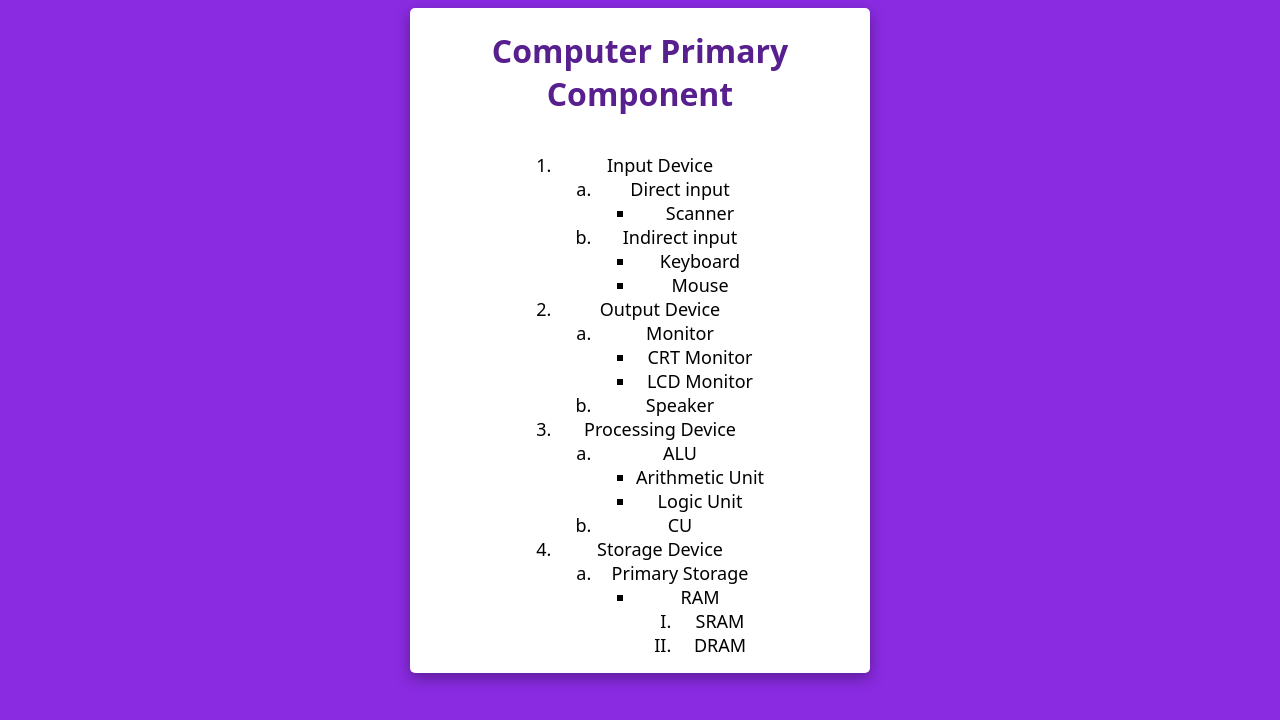
Repository: SharonSebastian32/Nested_List_in_html
Page: index.html
These files come from the project's save history. The page is drawn as it stood at one moment and after the next save; the edit follows.
The browser window is 1280 px wide. The pictures show the whole page.

Above is the page before, as saved 2024-09-01 08:14:35.

### index.html
<!DOCTYPE html>
<html lang="en">
  <head>
    <meta charset="UTF-8" />
    <meta name="viewport" content="width=device-width, initial-scale=1.0" />
    <title>Document</title>
    <link rel="stylesheet" href="./Styles/Styles.css" />
    <link href="https://unpkg.com/aos@2.3.1/dist/aos.css" rel="stylesheet" />
    <style>
        li{
            font-size: 18px;
            font-family: ;
        }
    </style>
  </head>
  <body style="background-color: blueviolet">
    <center>

      <div
        data-aos="zoom-in-up"
        style="
          border-radius: 5px;
          display: flex;
          flex-wrap: wrap;
          justify-content: center;
          align-items: center;
          flex-direction: column;
          background-color: rgb(255, 255, 255);
          width: 460px;
          box-shadow: rgba(0, 0, 0, 0.35) 0px 5px 15px;
        "
      >
        <h1 style="color: rgb(88, 31, 142);">Computer Primary Component</h1>
        <ol>
          <li>Input Device</li>
          <ol type="a">
            <li>Direct input</li>
            <ul style="list-style-type: square">
              <li>Scanner</li>
            </ul>
            <li>Indirect input</li>
            <ul>
              <li>Keyboard</li>
              <li>Mouse</li>
            </ul>
          </ol>
          <li>Output Device</li>
          <ol type="a">
            <li>Monitor</li>
            <ul>
              <li>CRT Monitor</li>
              <li>LCD Monitor</li>
            </ul>
            <li>Speaker</li>
          </ol>
          <li>Processing Device</li>
          <ol type="a">
            <li>ALU</li>
            <ul>
              <li>Arithmetic Unit</li>
              <li>Logic Unit</li>
            </ul>
            <ul></ul>
            <li>CU</li>
          </ol>
          <li>Storage Device</li>
          <ol type="a">
            <li>Primary Storage</li>
            <ul>
              <li>RAM</li>
              <ol type="I">
                <li>SRAM</li>
                <li>DRAM</li>
              </ol>
            </ul>
          </ol>
        </ol>
      </div>
    </center>
    <script src="https://unpkg.com/aos@2.3.1/dist/aos.js"></script>
    <script>
      AOS.init();
    </script>
  </body>
</html>

### Styles/Styles.css
*{
    font-family: system-ui, -apple-system, BlinkMacSystemFont, 'Segoe UI', Roboto, Oxygen, Ubuntu, Cantarell, 'Open Sans', 'Helvetica Neue', sans-serif;

}

After the next save:
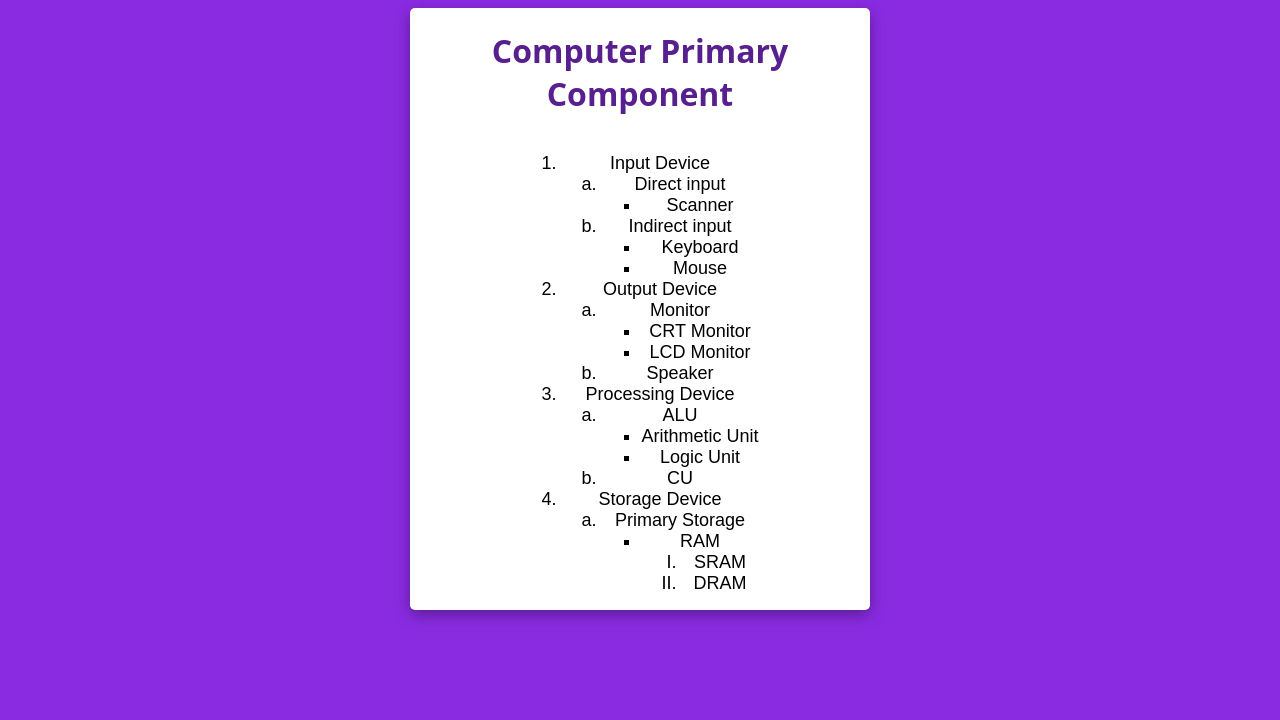
Saved 6 s later.
--- a/index.html
+++ b/index.html
@@ -9,7 +9,7 @@
     <style>
         li{
             font-size: 18px;
-            font-family: ;
+            font-family: Arial, Helvetica, sans-serif;
         }
     </style>
   </head>
